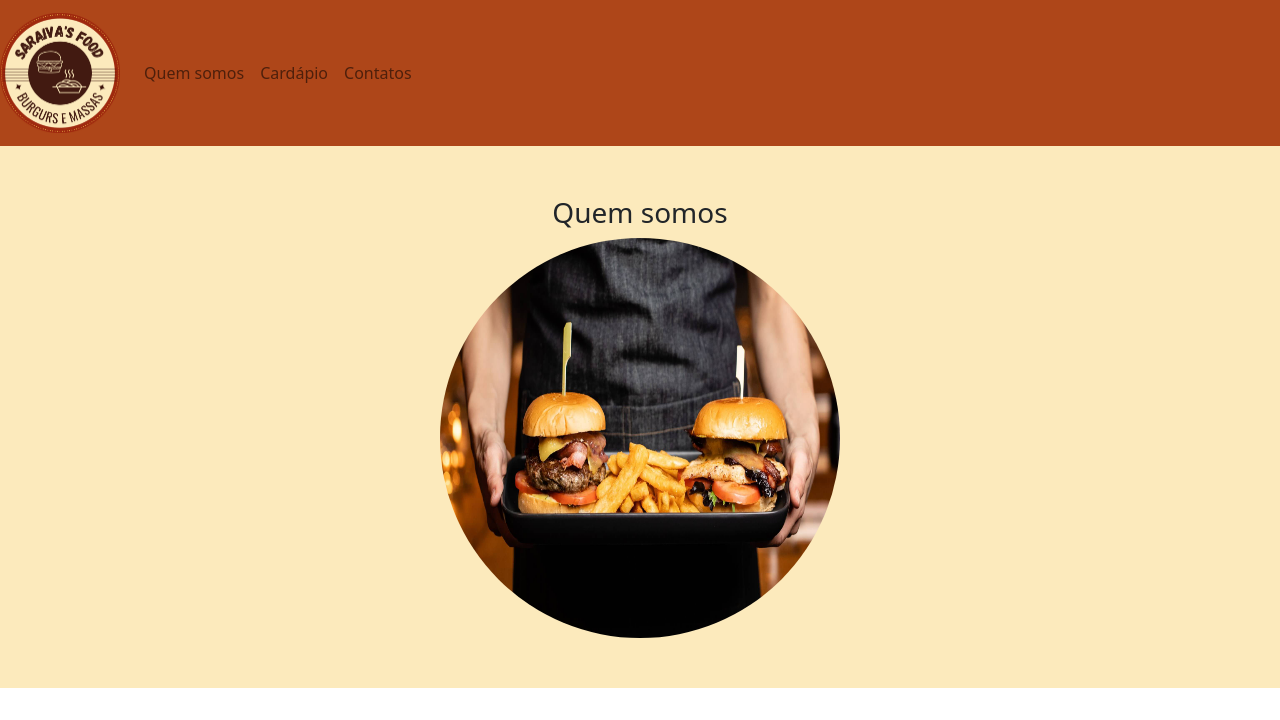
Repository: Tuanemendes/curso_bootstrap
Page: projeto1/index.html
An editor plug-in stored every save of this project. The page is shown before and after the next save, followed by the edit.
The browser window is 1280 px wide. The pictures show the whole page.

Above is the page before, as saved 2022-04-04 16:47:50.

After the next save:
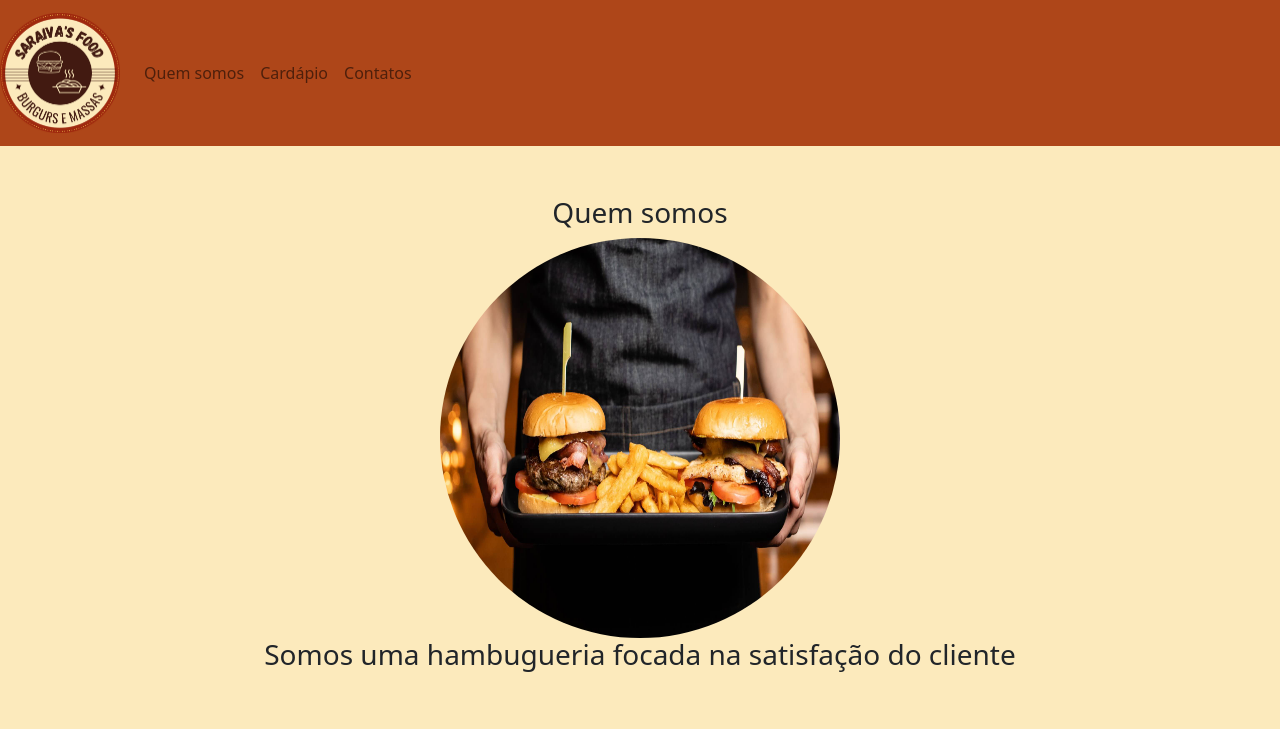
Saved 85 s later.
--- a/projeto1/index.html
+++ b/projeto1/index.html
@@ -32,7 +32,9 @@
         <div class="container-fluid quem-somos text-center margin">
             <h3>Quem somos</h3>
             <img src="/img/FICHA-TECNICA-PARA-HAMBURGUERIA-DICA.jpg" class="rounded-circle" alt="burgueria" width="400" height="400">
-        </div>
+            <h3>Somos uma hambugueria  focada na satisfação do cliente</h3>
+
+            </div>
     </section>
 </body>
 
